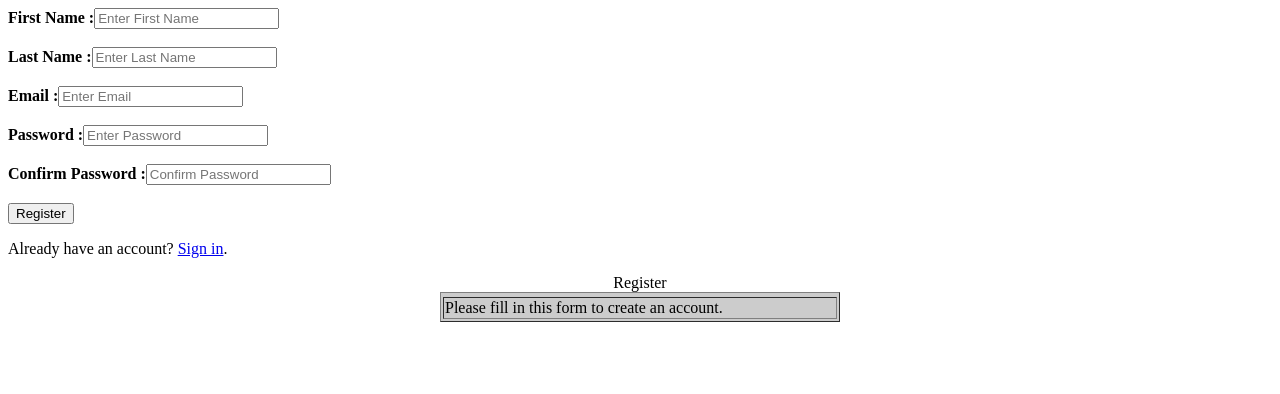
Repository: 1919satya/Mode2
Page: sample/sample/WebContent/sample.html
The author's editor kept a copy of each file at every save. The page is drawn from the files as they stood at one save, then again after the next save.
The browser window is 1280 px wide. The pictures show the whole page.

Above is the page before, as saved 2019-10-09 10:03:17.

### sample/sample/WebContent/sample.html
<!DOCTYPE html>
<html>
<head>
<meta charset="ISO-8859-1">
<title>Insert title here</title>
</head>
<body>

<form >
<div class="container">
<table border="1" align="center" width="400" bgcolor="#CCCCCC" >

  <tr>
    <caption>Register</caption>
    <td>Please fill in this form to create an account.</td>

    <b>First Name :</b>
    <input type="text" placeholder="Enter First Name" name="firstName"  required><br/><br/>
    <b>Last Name :</b>
    <input type="text" placeholder="Enter Last Name" name="lastName" required> <br/><br/>
    <b>Email :</b>
    <input type="text" placeholder="Enter Email" name="email" required> <br/><br/>

    <b>Password :</b>
    <input type="password" placeholder="Enter Password" name="psw" required> <br/><br/>

    <b>Confirm Password :</b>
    <input type="password" placeholder="Confirm Password" name="psw-repeat" required> <br/><br/>

    <button type="submit" class="registerbtn">Register</button>
  </div>

  <div class="container signin">
    <p>Already have an account? <a href="#">Sign in</a>.</p>
  </div>
</form>
</table>
</body>
</html>

After the next save:
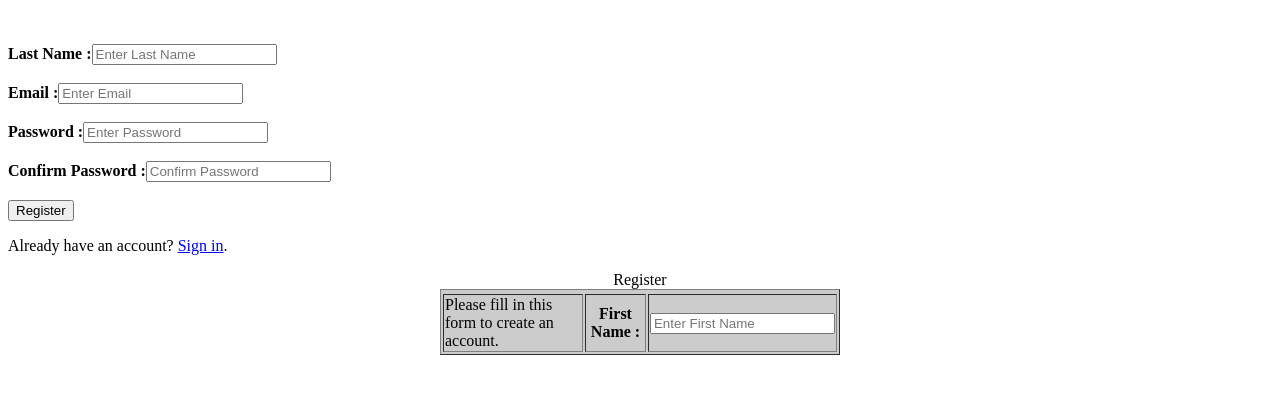
Saved 62 s later.
--- a/sample/sample/WebContent/sample.html
+++ b/sample/sample/WebContent/sample.html
@@ -14,8 +14,8 @@
     <caption>Register</caption>
     <td>Please fill in this form to create an account.</td>
 
-    <b>First Name :</b>
-    <input type="text" placeholder="Enter First Name" name="firstName"  required><br/><br/>
+    <th>First Name :</th>
+   <td><input type="text" placeholder="Enter First Name" name="firstName"  required></td><br/><br/>
     <b>Last Name :</b>
     <input type="text" placeholder="Enter Last Name" name="lastName" required> <br/><br/>
     <b>Email :</b>
